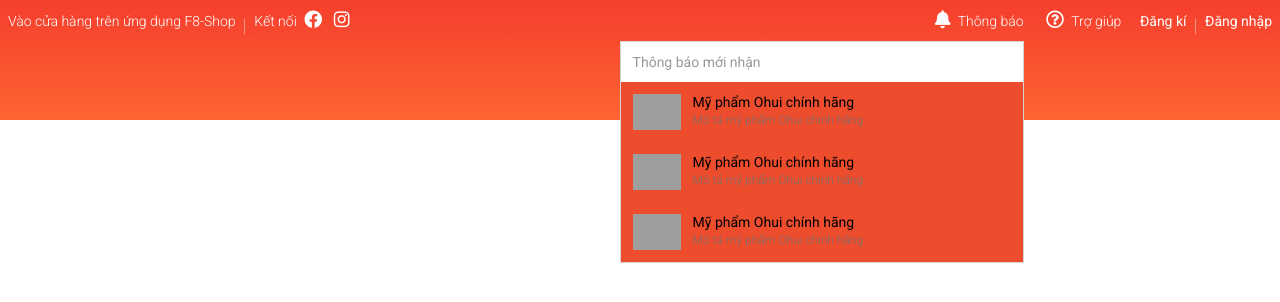
Repository: phunobi1807/shopee
Page: index.html
The author's editor kept a copy of each file at every save. The page is drawn from the files as they stood at one save, then again after the next save.
The browser window is 1280 px wide. The pictures show the whole page.
Pictures or frames that could not be fetched are drawn as grey boxes.

Above is the page before, as saved 2021-06-13 12:11:23.

### index.html
<!DOCTYPE html>
<html lang="en">

<head>
    <meta charset="UTF-8">
    <meta http-equiv="X-UA-Compatible" content="IE=edge">
    <meta name="viewport" content="width=device-width, initial-scale=1.0">
    <title>Document</title>
    <link rel="stylesheet" href="https://cdnjs.cloudflare.com/ajax/libs/normalize/8.0.1/normalize.min.css">
    <link rel="stylesheet" href="./assets/css/base.css">
    <link rel="stylesheet" href="./assets/css/main.css">
    <link rel="stylesheet"
        href="./assets/fonts/fontawesome-free-5.15.3-web/fontawesome-free-5.15.3-web/css/all.min.css">
    <link rel="preconnect" href="https://fonts.gstatic.com">
    <link href="https://fonts.googleapis.com/css2?family=Roboto:wght@300;400;500&display=swap" rel="stylesheet">
</head>

<body>
    <div class="app">
        <header class="header">
            <div class="grid">
                <nav class="header__navbar">
                    <ul class="header__navbar-list">
                        <li class="header__navbar-item header__navbar-item--has-qr header__navbar-item--separate">
                            Vào cửa hàng trên ứng dụng F8-Shop
                            <div class="header__qr">
                                <img src="./assets/img/QR_code.png" alt="QR code" class="header__qr-img">
                                <div class="header__qr-apps">
                                    <a href="" class="header__qr-link">
                                        <img src="./assets/img/app_store.png" alt="Google Play"
                                            class="header__qr-download-img">
                                    </a>
                                    <a href="" class="header__qr-link">
                                        <img src="./assets/img/gg_play.png" alt="App Store"
                                            class="header__qr-download-img">
                                    </a>
                                </div>
                            </div>
                        </li>
                        <li class="header__navbar-item">
                            <span class="header__navbar-title--no-pointer">Kết nối</span>
                            <a href="" class="header__navbar-icon-link">
                                <i class="header__navbar-icon fab fa-facebook"></i>
                            </a>
                            <a href="" class="header__navbar-icon-link">
                                <i class="header__navbar-icon fab fa-instagram"></i>
                            </a>
                        </li>
                    </ul>
                    <ul class="header__navbar-list">
                        <li class="header__navbar-item">
                            <a href="" class="header__navbar-item-link">
                                <i class="header__navbar-icon fas fa-bell"></i>
                                Thông báo
                            </a>
                            <div class="header__notify">
                                <header class="header__notify-header">
                                    <h3>Thông báo mới nhận</h3>
                                </header>
                                <ul class="header__notify-list">
                                    <li class="header__notify-item">
                                        <a href="" class="header__notify-link">
                                            <img src="https://cf.shopee.vn/file/5fbf9049e4439e01d27d8f14388c46f8_tn" alt="" class="header__notify-img">
                                            <div class="header__notify-info">
                                                <span class="header__notify-name">Mỹ phẩm Ohui chính hãng</span>
                                                <span class="header__notify-description">Mô tả mỹ phẩm Ohui chính
                                                    hãng</span>
                                            </div>
                                        </a>
                                    </li>
                                    <li class="header__notify-item">
                                        <a href="" class="header__notify-link">
                                            <img src="https://cf.shopee.vn/file/5fbf9049e4439e01d27d8f14388c46f8_tn" alt="" class="header__notify-img">
                                            <div class="header__notify-info">
                                                <span class="header__notify-name">Mỹ phẩm Ohui chính hãng</span>
                                                <span class="header__notify-description">Mô tả mỹ phẩm Ohui chính
                                                    hãng</span>
                                            </div>
                                        </a>
                                    </li>
                                    <li class="header__notify-item">
                                        <a href="" class="header__notify-link">
                                            <img src="https://cf.shopee.vn/file/5fbf9049e4439e01d27d8f14388c46f8_tn" alt="" class="header__notify-img">
                                            <div class="header__notify-info">
                                                <span class="header__notify-name">Mỹ phẩm Ohui chính hãng</span>
                                                <span class="header__notify-description">Mô tả mỹ phẩm Ohui chính
                                                    hãng</span>
                                            </div>
                                        </a>
                                    </li>
                                </ul>
                            </div>
                        </li>
                        <li class="header__navbar-item">
                            <a href="" class="header__navbar-item-link">
                                <i class="header__navbar-icon far fa-question-circle"></i>
                                Trợ giúp
                            </a>
                        </li>
                        <li class="header__navbar-item header__navbar-item--strong header__navbar-item--separate">Đăng
                            kí</li>
                        <li class="header__navbar-item header__navbar-item--strong">Đăng nhập</li>
                    </ul>
                </nav>
            </div>
        </header>
        <div class="container">

        </div>
        <footer class="footer">

        </footer>
    </div>
</body>

</html>

### assets/css/base.css
:root
{
    --primary-color:#ee4d2d;
    --white-color: #fff;
    --black-color: #000;
    --text-color: #333;
}

*
{
    box-sizing: inherit;
}

html
{
    /* 10px */
    font-size: 62.5%;
    line-height: 1.6rem;
    font-family: 'Roboto', sans-serif;
    box-sizing: border-box;
}

.grid
{
    width: 1850px;
    max-width: 100%;
    margin: 0 auto;
}

.grid__full-width
{
    width: 100%;
}

.grid__row
{
    display: flex;
    flex-wrap: wrap;
}
/* Animation */
@keyframes fadeIn
{
    from
    {
        opacity: 0;
    }
    to
    {
        opacity: 1;
    }
}

### assets/css/main.css
.header
{
    height: 120px;
    background-image: linear-gradient(0, #fe6433, #f53e2d);
}
.header__navbar
{
    display: flex;
    justify-content: space-between;
}
.header__navbar-list
{
    list-style: none;
    padding-left: 0;
}
.header__navbar-item
{
    position: relative;
    margin: 0px 8px;
    min-height: 26px;
}
.header__navbar-item--has-qr:hover .header__qr
{
    display: block;
}
.header__navbar-item,
.header__navbar-item-link
{
    display: inline-block;
    font-size: 1.4rem;
    color: var(--white-color);
    text-decoration: none;
    font-weight: 300;
}
.header__navbar-item:hover,
.header__navbar-icon-link:hover,
.header__navbar-item-link:hover
{
    color: rgba(255, 255, 255, 0.7);
    cursor: pointer;
}
.header__navbar-item--strong
{
    font-weight: 400;
}
.header__navbar-item--separate::after
{
    content: "";
    display: block;
    position: absolute;
    border-left: 1px solid #FB9086;
    height: 16px;
    right: -9px;
    top: 50%;
    transform: translateY(-50%);
}

.header__navbar-icon-link
{
    color: var(--white-color);
    text-decoration: none;
}
.header__navbar-icon
{
    font-size: 1.8rem;
    margin: 0px 4px;

}
.header__navbar-title--no-pointer
{
    cursor: text;
    color: var(--white-color);
}
/* Header QR code  */
.header__qr
{
    background-color: var(--white-color);
    width: 186px;
    position: absolute;
    left: 0;
    top: 118%;
    padding: 8px;
    border-radius: 2px;
    display: none;
    animation:  fadeIn ease-in 0.3s;

}
.header__qr::before
{
    position: absolute;
    left: 0;
    top: -16px;
    width: 100%;
    height: 20px;
    content: "";
    display: block;

}
.header__qr-img
{
width: 100%;
}
.header__qr-apps
{
    display: flex;
    justify-content: space-between;
}
.header__qr-link:nth-child(1)
{
    margin-left: 11px;
}
.header__qr-link:nth-child(2)
{
    margin-right: 11px;
}
.header__qr-download-img
{
    height: 15px;
}

/* Header notification  */
.header__notify
{
    position: absolute;
    top: 118%;
    right: 0;
    width: 404px;
    border: 1px solid #D3D3D3;
    background-color: var(--white-color);
}
.header__notify-header
{
    height: 40px;
    background-color: var(--white-color);
}
.header__notify-header h3
{
    color: #999;
    margin: 0 0 0 12px;
    font-weight: 400;
    font-size: 1.4rem;
    line-height: 40px;
}
.header__notify-list
{
    padding-left: 0;
}
.header__notify-item
{

}
.header__notify-link
{
    display: flex;
    padding: 12px;
    text-decoration: none;
    background-color: rgba(238, 77, 45);
}
.header__notify-img
{
    width: 48px;
    object-fit: contain;
}
.header__notify-info
{
    margin-left: 12px;
}

.header__notify-name
{
    display: block;
    font-size: 1.4rem;
    color: var(--black-color);
    font-weight: 400;
}
.header__notify-description
{
display: block;
font-size: 1.2rem;
line-height: 2rem;
color: #756F6E;
}

Loaded but not shown: assets/fonts/fontawesome-free-5.15.3-web/fontawesome-free-5.15.3-web/css/all.min.css (library)

After the next save:
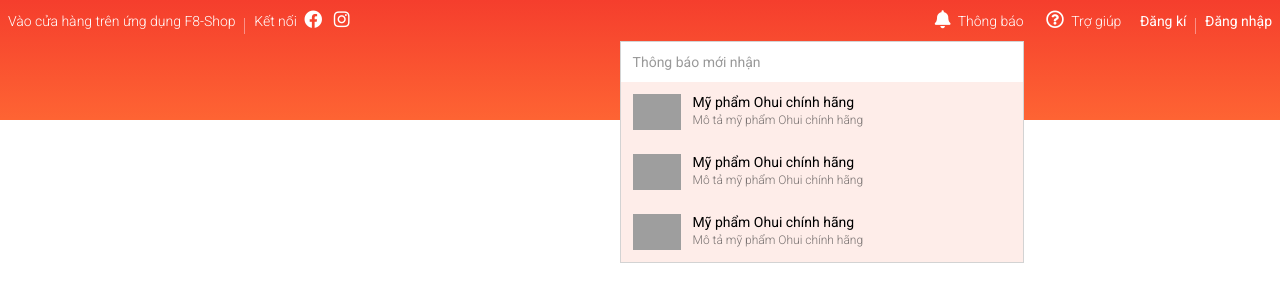
Saved 8 s later.
--- a/assets/css/main.css
+++ b/assets/css/main.css
@@ -154,7 +154,7 @@
     display: flex;
     padding: 12px;
     text-decoration: none;
-    background-color: rgba(238, 77, 45);
+    background-color: rgba(238, 77, 45, 0.1);
 }
 .header__notify-img
 {
